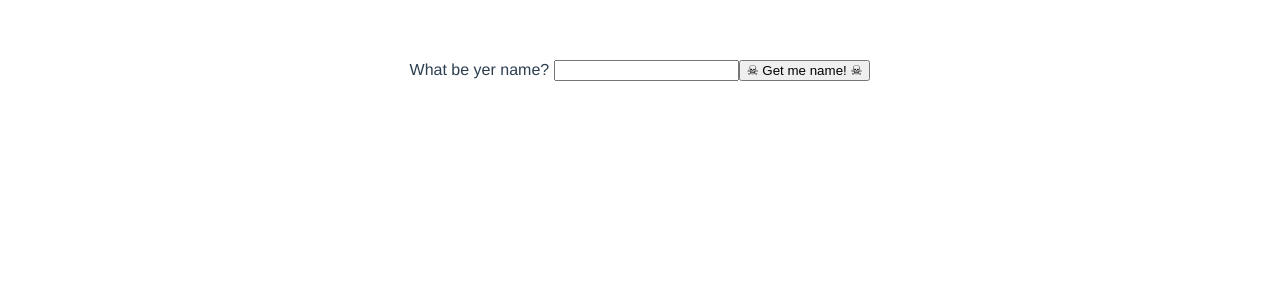
Repository: tessaSAC/pirate-namer
Page: /
The author's editor kept a copy of each file at every save. The page is drawn from the files as they stood at one save, then again after the next save.
The browser window is 1280 px wide. The pictures show the whole page.
Some web fonts or font styles are not loaded; a fallback is used. The project was rebuilt for these pictures with package versions that can differ from the ones it lists, and the page was loaded fresh each time. Also part of the build but not shown: vite.config.js.

Above is the page before, as saved 2021-08-05 19:44:34.

### src/App.vue
<script>
const pirateTitles = [
  'Anchor Watch',
  'Arrrrmourer',
  'Arrrrmourer\'s Mate',
  'Arrrtist',
  'Boatswain',
  'Bosun\'s Mate',
  'Cape-Merchant',
  'Captain',
  'Cap\'n',
  'Carrrrrrrrrrpenter',
  'Carrrrrrrrrrpenter\'s Mate',
  'Chirurgeon',
  'Cooper',
  'Coxswain',
  'First Mate',
  'Gunner',
  'Gunner\'s Mate',
  'Helmsperson',
  'Linguist',
  'Musketeer',
  'Ropemaker',
  'Sea-Arrrrrrrrrrrrrrtist',
  'Skipper',
  'Stand-by Watch',
  'Steersperson',
  'Surgeon',
  'Top Person',
  'Watch',

  // Nicknames
  'Birdeye',
  'Dread Pirate',
  'Old-Tide',
  'Stinkin',
  'Silly',
  'Viewtiful',
]

const pirateNames = [
  'Aegea',
  'Anamaria',
  'Angelica',
  'Anne',
  'Arcelia',
  'Bonny',
  'Calypso',
  'Charlotte',
  'Ching',
  'Christina',
  'Destiny',
  'Elise',
  'Elizabeth',
  'Flora',
  'Grace',
  'Jacquotte',
  'Jade',
  'Jeanne',
  'Johanna',
  'Lindsey',
  'Maire',
  'Margaret',
  'Maria',
  'Marina',
  'Mary',
  'Nerina',
  'Rachel',
  'Ruth',
  'Sadie',
  'Sayyida',
  'Sirene',
  'Teuta',
  'Tia',
  'Ula',
  'Amaro',
  'Archer',
  'Barbossa',
  'Bartholomew',
  'Calico',
  'Caspian',
  'Charles',
  'Cornelius',
  'Davy',
  'Drake',
  'Edmund',
  'Edward',
  'Francis',
  'Frederick',
  'Hawkins',
  'Henry',
  'Hudd',
  'Jack',
  'JohnIsland',
  'Kiddduring',
  'Marquis',
  'Nathaniel',
  'Nicholas',
  'Phineas',
  'Pierre',
  'Raleigh',
  'Richard',
  'Roger',
  'Ronan',
  'Stede',
  'Thomas',
  'William',
  'Zheng',
  'Bellamy',
  'James',
  'Jordan',
  'Journey',
  'Morgan',
  'Phoenix',
  'Scout',
  'Sailor',
]

const pirateNicknames = [
  'Dark-Skull',
  'One Piece',
  'The Gentle Pirate',
  'The Rhode Island Pirate',
  'The Unicorn',
  'The Vue Fan',
]

export default {
  data: _ => ({
    userName: '',
    pirateName: '',
  }),

  methods: {
    generatePirateName() {
      const [pirateTitles, pirateNicknames] = this.randomiseNicknames()
      const title = this.getRandomName(pirateTitles)
      const pname = this.getRandomName(pirateNames)
      const nickname = this.getRandomName(pirateNicknames)

      this.pirateName = `${ title ? title + ' ' : ''}${ pname }${ nickname ? ' "' + nickname + '"': ''}`
    },

    getRandomName(listNames) {
      const nameToTransform = this.userName || '🦜'
      const characterToGenerateName = nameToTransform.charCodeAt(Math.round(Math.random() * 10000) % (nameToTransform.length - 1)) % listNames.length
      return listNames[characterToGenerateName]
    },

    randomiseNicknames() {
      const tempPirateTitles = [...pirateTitles]
      const tempPirateNicknames = [...pirateNicknames]
      tempPirateTitles.length = Math.round(Math.random() * (tempPirateTitles.length * 3))
      tempPirateNicknames.length = Math.round(Math.random() * (tempPirateTitles.length * 5))
      return [ tempPirateTitles, tempPirateNicknames ]
    }
  },
}
</script>

<template>
<form @submit.prevent="generatePirateName">
  <label>
    What be yer name?
    <input v-model="userName" />
  </label>
  <button>
    ☠ Get me name! ☠
  </button>
</form>

{{ pirateName }}
</template>


<style>
#app {
  font-family: Avenir, Helvetica, Arial, sans-serif;
  -webkit-font-smoothing: antialiased;
  -moz-osx-font-smoothing: grayscale;
  text-align: center;
  color: #2c3e50;
  margin-top: 60px;
}
</style>

Loaded but not shown: index.html (common file); src/main.js (common file)

After the next save:
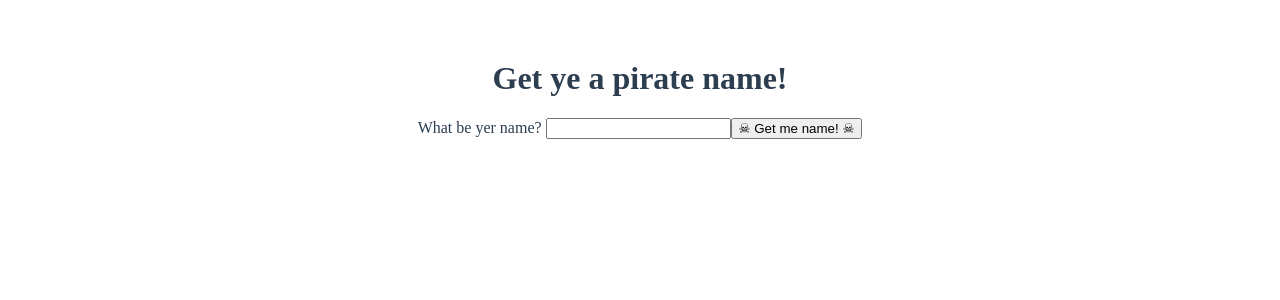
Saved 18 min 21 s later.
--- a/src/App.vue
+++ b/src/App.vue
@@ -159,6 +159,7 @@ export default {
 </script>
 
 <template>
+<h1>Get ye a pirate name!</h1>
 <form @submit.prevent="generatePirateName">
   <label>
     What be yer name?
@@ -174,8 +175,15 @@ export default {
 
 
 <style>
+@import url('https://fonts.googleapis.com/css2?family=Grenze+Gotisch&family=Miniver&family=Playball&family=Seaweed+Script&family=Trade+Winds&display=swap');
+
 #app {
-  font-family: Avenir, Helvetica, Arial, sans-serif;
+  font-family: 'Grenze Gotisch', cursive;
+  font-family: 'Miniver', cursive;
+  font-family: 'Playball', cursive;
+  font-family: 'Seaweed Script', cursive;
+  font-family: 'Trade Winds', cursive;
+
   -webkit-font-smoothing: antialiased;
   -moz-osx-font-smoothing: grayscale;
   text-align: center;
